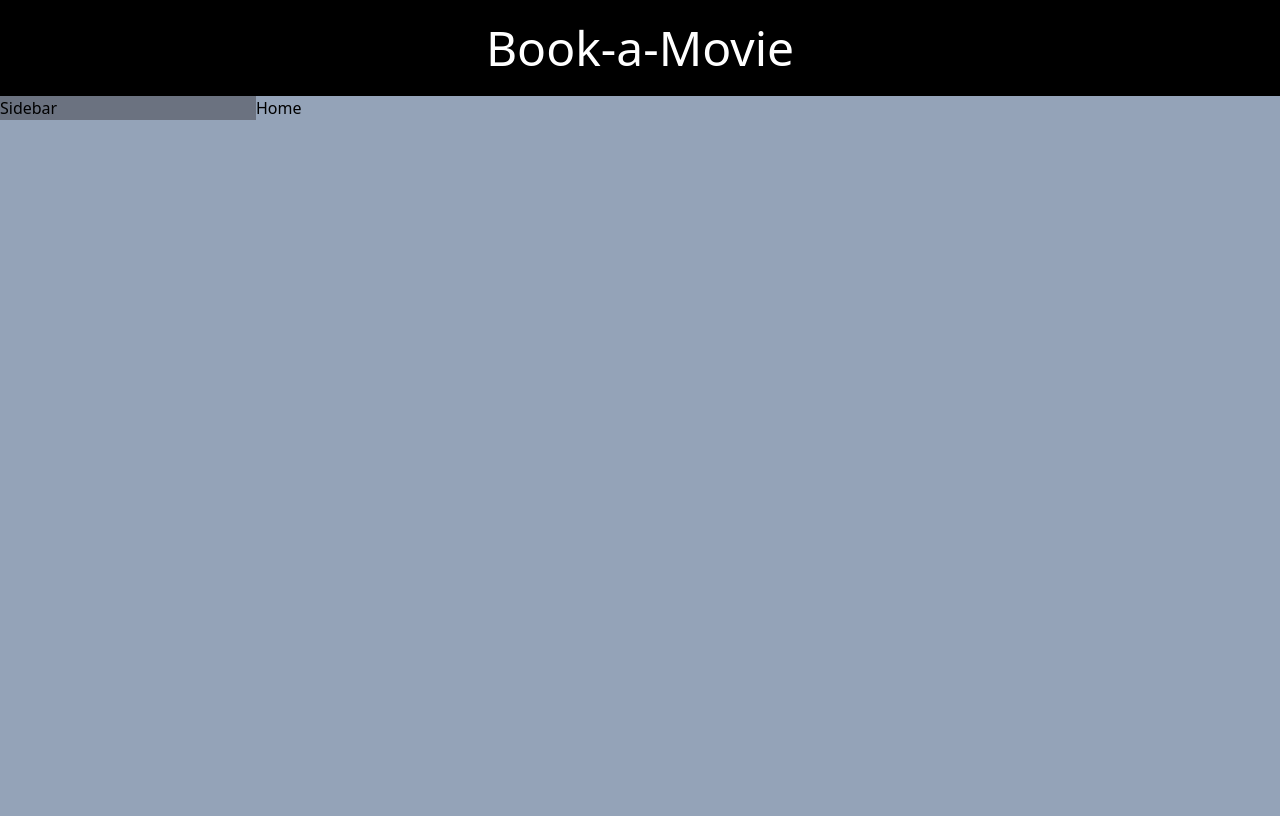
Repository: BhumilModi/movie-booking-app-assignment
Page: /Home
The author's editor kept a copy of each file at every save. The page is drawn from the files as they stood at one save, then again after the next save.
The browser window is 1280 px wide. The pictures show the whole page.
The project was rebuilt for these pictures with package versions that can differ from the ones it lists, and the page was loaded fresh each time. Also part of the build but not shown: src/App.css, src/components/Login.jsx, src/components/SignUp.jsx.

Above is the page before, as saved 2022-11-29 19:06:21.

After the next save:
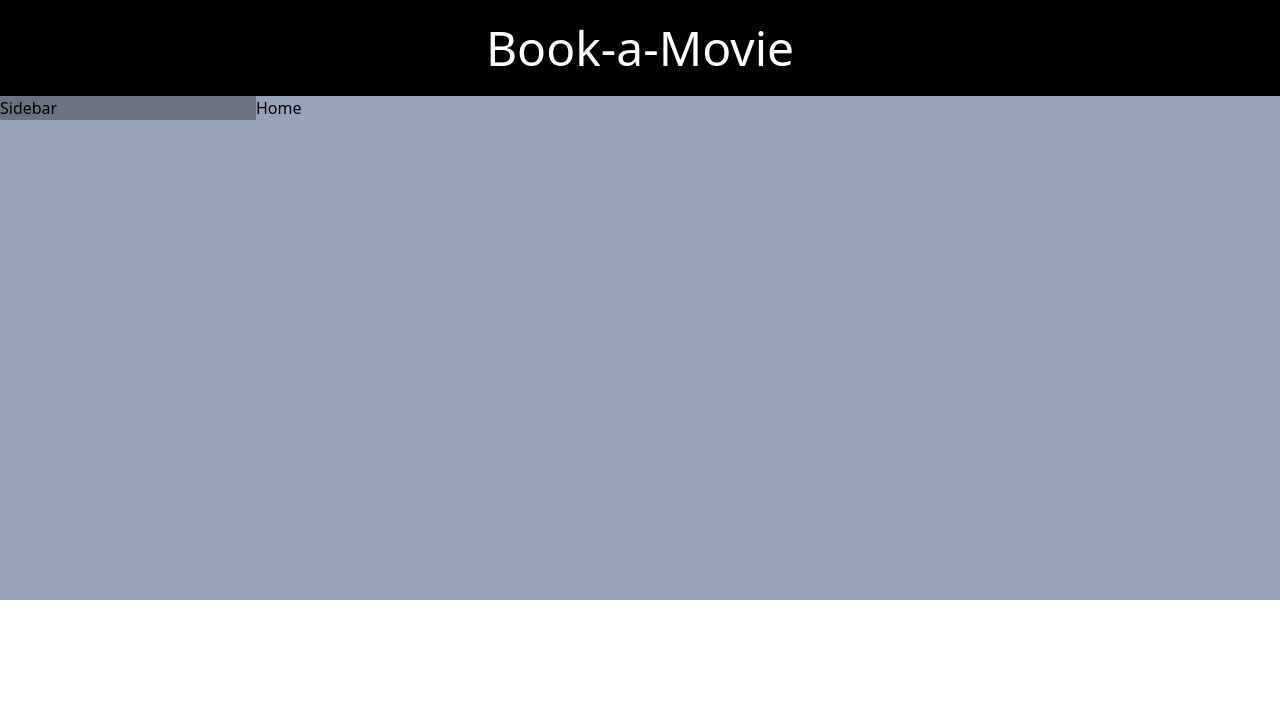
Saved 20 s later.
--- a/src/components/Home.jsx
+++ b/src/components/Home.jsx
@@ -6,7 +6,7 @@ function Home() {
   return (
     <div>
       <Navbar />
-      <div className="flex h-screen bg-slate-400">
+      <div className="flex h-[70vh] bg-slate-400">
         <Sidebar />
         Home
       </div>
